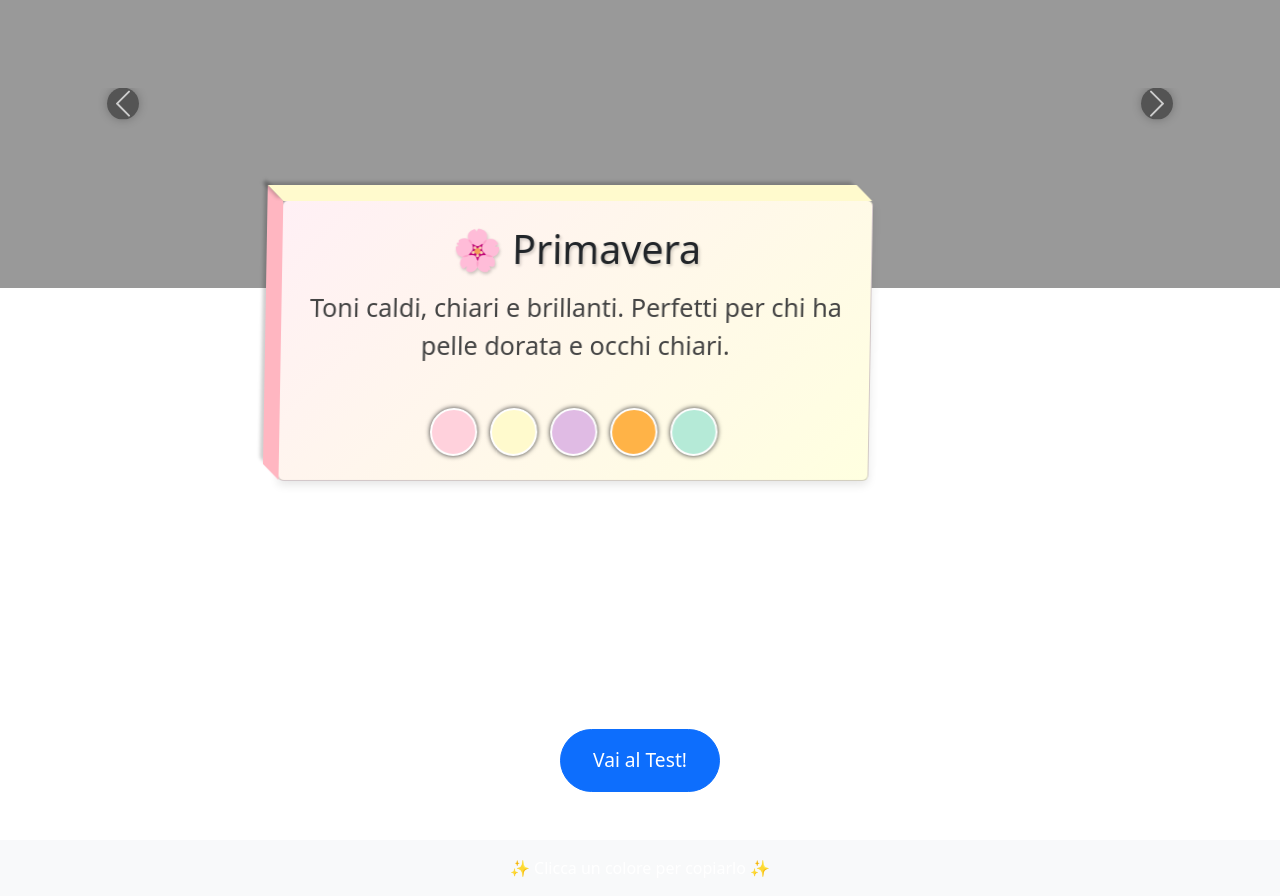
Repository: Probyte5D/Armocromia-website
Page: index.html
These files come from the project's save history. The page is drawn as it stood at one moment and after the next save; the edit follows.
The browser window is 1280 px wide. The pictures show the part of the page from y = 432 to 1328 px (the page is 1328 px tall).
Backgrounds fixed to the window are drawn as part of the page.

Above is the page before, as saved 2025-04-18 03:03:07.

After the next save:
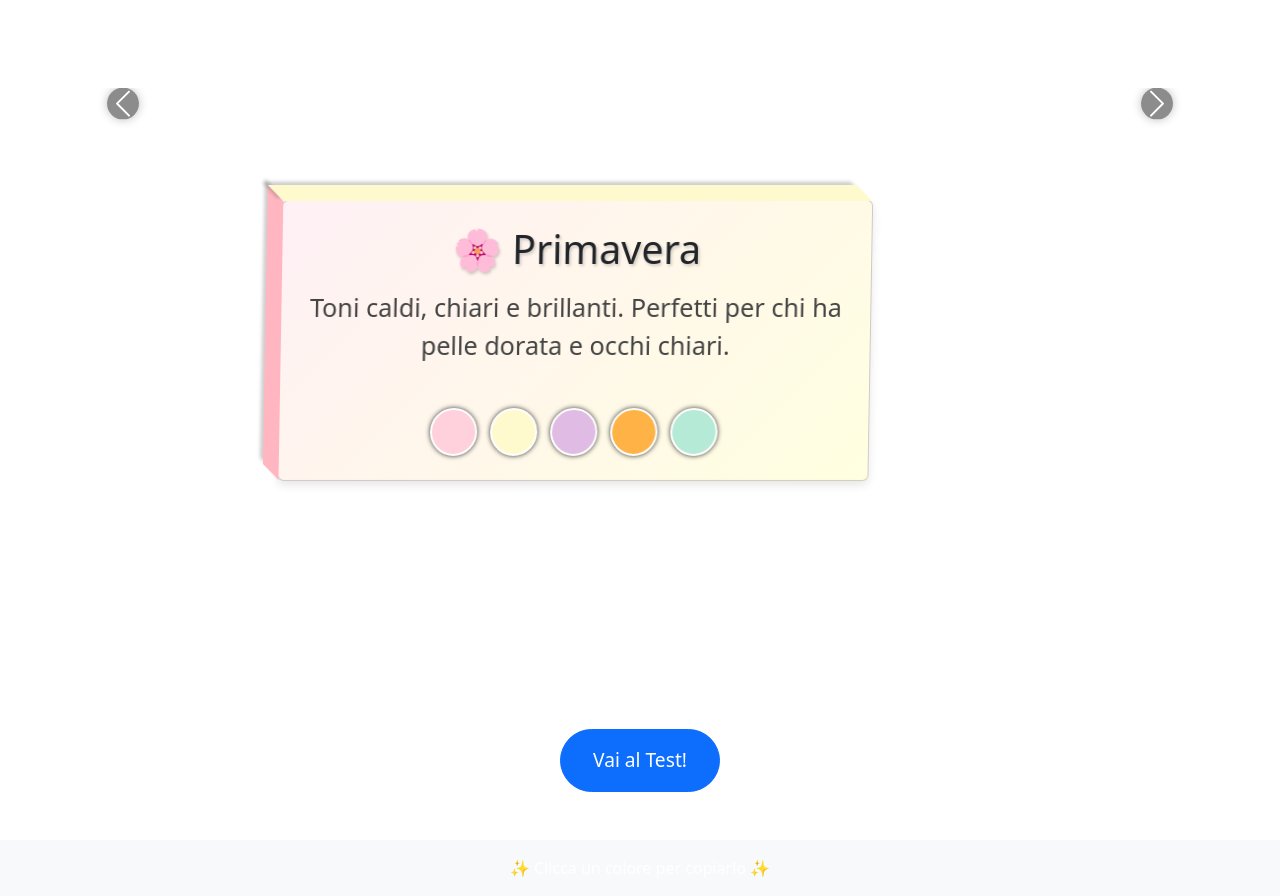
Saved 12 s later.
--- a/style.css
+++ b/style.css
@@ -29,6 +29,7 @@ header {
   text-align: center;
   background-attachment: fixed;
   padding: 20px;
+  position: relative; /* importante per ::before */
 }
 
 header h1 {
